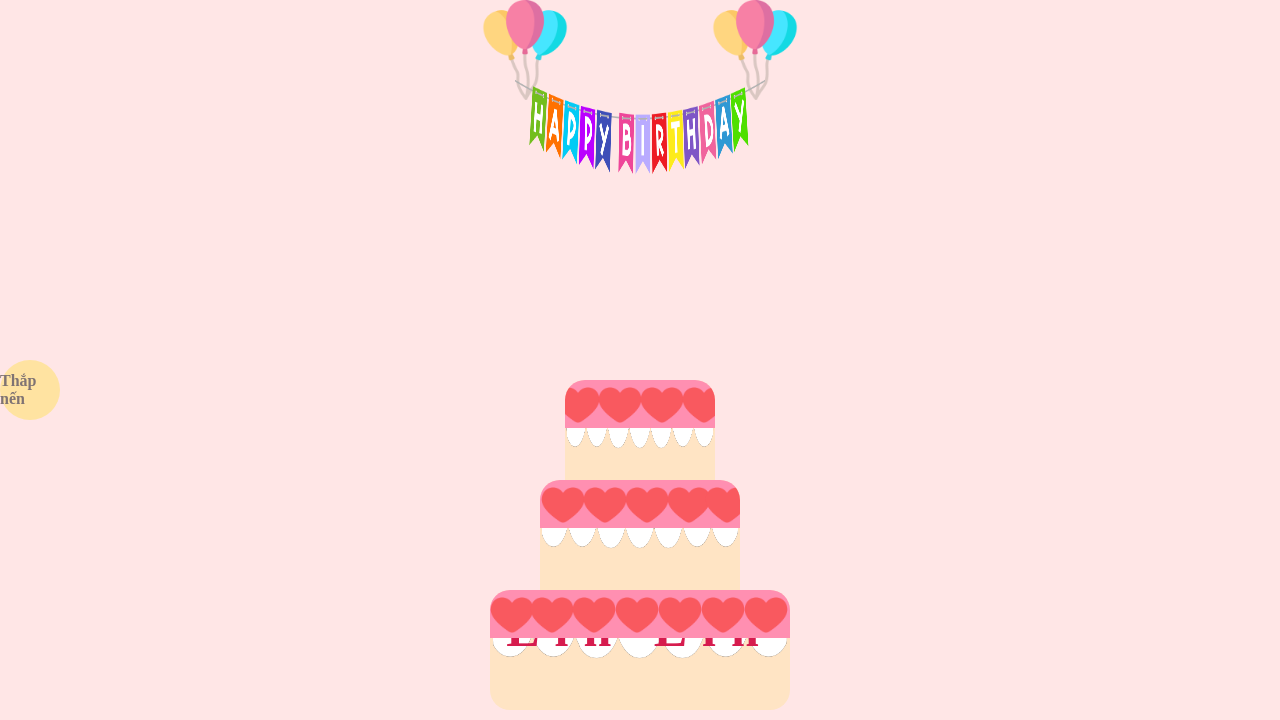
Repository: iphoneboy46/happybirthday
Page: index.html
An editor plug-in stored every save of this project. The page is shown before and after the next save, followed by the edit.
The browser window is 1280 px wide. The pictures show the whole page.
Some web fonts or font styles are not loaded; a fallback is used.

Above is the page before, as saved 2022-11-28 21:39:32.

### index.html
<!DOCTYPE html>
<html lang="en">
  <head>
    <meta charset="UTF-8" />
    <meta http-equiv="X-UA-Compatible" content="IE=edge" />
    <meta name="viewport" content="width=device-width, initial-scale=1.0" />
    <title>Happy Birthday</title>
    <link rel="stylesheet" href="style.css" />
  </head>
  <body>
    <div class="container">
      <div class="cake">
        <div class="top--cake">
          <div class="img-wavy">
            <img src="image/img1.png" alt="" />
          </div>

          <div class="img-heart-1--top">
            <img src="image/heart.png" alt="" />
          </div>
          <div class="img-heart-2--top">
            <img src="image/heart.png" alt="" />
          </div>
          <div class="img-heart-3--top">
            <img src="image/heart.png" alt="" />
          </div>
          <div class="img-heart-4--top">
            <img src="image/heart.png" alt="" />
          </div>

          <div class="border-cake"></div>
        </div>
        <div class="center--cake">
          <div class="img-wavy">
            <img src="image/img1.png" alt="" />
          </div>
          <div class="img-heart-1--center">
            <img src="image/heart.png" alt="" />
          </div>
          <div class="img-heart-2--center">
            <img src="image/heart.png" alt="" />
          </div>
          <div class="img-heart-3--center">
            <img src="image/heart.png" alt="" />
          </div>
          <div class="img-heart-4--center">
            <img src="image/heart.png" alt="" />
          </div>
          <div class="img-heart-5--center">
            <img src="image/heart.png" alt="" />
          </div>
          <div class="img-heart-6--center">
            <img src="image/heart.png" alt="" />
          </div>
          <div class="img-heart-7--center">
            <img src="image/heart.png" alt="" />
          </div>

          <div class="border-cake"></div>
        </div>
        <div class="bottom--cake">
          <div class="img-wavy">
            <img src="image/img1.png" alt="" />
          </div>

          <div class="img-heart-1">
            <img src="image/heart.png" alt="" />
          </div>
          <div class="img-heart-2">
            <img src="image/heart.png" alt="" />
          </div>
          <div class="img-heart-3">
            <img src="image/heart.png" alt="" />
          </div>
          <div class="img-heart-4">
            <img src="image/heart.png" alt="" />
          </div>
          <div class="img-heart-5">
            <img src="image/heart.png" alt="" />
          </div>
          <div class="img-heart-6">
            <img src="image/heart.png" alt="" />
          </div>
          <div class="img-heart-7">
            <img src="image/heart.png" alt="" />
          </div>
          <div class="img-heart-8">
            <img src="image/heart.png" alt="" />
          </div>

          <div class="border-cake"></div>
        </div>
        <div class="fire2">
          <img src="music/luanen.gif" alt="" />
        </div>
        <div class="fire4">
          <img src="music/luanen.gif" alt="" />
        </div>
        <div class="number2">
          <img src="image/number2png.png" alt="" />
        </div>
        <div class="number4">
          <img src="image/number4.png" alt="" />
        </div>
      </div>
      <h1 class="name">Lin Lin</h1>
      <h2 class="day">29-11</h2>
      <audio class="audioHpbd" controls autoplay>
        <source src="music/Happy Birthday -Piano Cover.mp3" type="audio/mpeg" />
      </audio>
      <div class="hpbd">
        <div class="text-hbbd">
          <img src="image/hbbdpng.png" alt="" />
        </div>
        <div class="bongbong1">
          <img src="image/balloon.png" alt="" />
        </div>
        <div class="bongbong2">
          <img src="image/balloon.png" alt="" />
        </div>
      </div>
      <div class="btnThapnen">Thắp nến</div>
      <div class="btnThoinen">Thổi nến</div>
    </div>
    <script src="index.js"></script>
  </body>
</html>

### style.css
@import url('https://fonts.googleapis.com/css2?family=Fleur+De+Leah&display=swap');

* {
    padding: 0;
    margin: 0;
    box-sizing: border-box;
    font-family: 'Fleur De Leah', cursive;

}

body {
    overflow: hidden;
}

.container {
    width: 100%;
    background-color: #FFE6E6;
    /* background-color: black; */
    height: 100vh;
    display: flex;
    justify-content: center;
    align-items: flex-end;

}

.cake {
    display: flex;
    flex-direction: column;
    justify-content: center;
    align-items: center;
    animation: cake-scale linear 5s;
}

@keyframes cake-scale {
    0% {
        transform: scale(0)
    }

    100% {
        transform: scale(1)
    }
}

.top--cake {
    position: relative;
    overflow: hidden;
    width: 150px;
    height: 100px;
    background-color: bisque;
    border-top-left-radius: 20px;
    border-top-right-radius: 20px;
}



.center--cake {
    position: relative;
    overflow: hidden;
    width: 200px;
    height: 110px;
    background-color: bisque;
    border-top-left-radius: 20px;
    border-top-right-radius: 20px;
}


.bottom--cake {
    position: relative;
    overflow: hidden;
    width: 300px;
    height: 120px;
    background-color: bisque;
    border-radius: 20px;
    margin-bottom: 10px;
}



.img-wavy {
    width: 100%;
    height: 70px;
}

.img-wavy img {
    width: 100%;
    height: 100%;
}

.img-heart-1 {
    z-index: 3;
    position: absolute;
    top: 0px;
    left: -3px;
    width: 50px;
    height: 50px;
}


.img-heart-1 img {
    width: 100%;
    height: 100%;
}

.img-heart-2 {
    z-index: 3;
    position: absolute;
    top: 0px;
    left: 37px;
    width: 50px;
    height: 50px;
}


.img-heart-2 img {
    width: 100%;
    height: 100%;
}


.img-heart-3 {
    z-index: 3;
    position: absolute;
    top: 0px;
    left: 79px;
    width: 50px;
    height: 50px;
}


.img-heart-3 img {
    width: 100%;
    height: 100%;
}

.img-heart-4 {
    z-index: 3;
    position: absolute;
    top: 0px;
    left: 122px;
    width: 50px;
    height: 50px;
}


.img-heart-4 img {
    width: 100%;
    height: 100%;
}

.img-heart-5 {
    z-index: 3;
    position: absolute;
    top: 0px;
    left: 165px;
    width: 50px;
    height: 50px;
}


.img-heart-5 img {
    width: 100%;
    height: 100%;
}

.img-heart-6 {
    z-index: 3;
    position: absolute;
    top: 0px;
    left: 208px;
    width: 50px;
    height: 50px;
}


.img-heart-6 img {
    width: 100%;
    height: 100%;
}

.img-heart-7 {
    z-index: 3;
    position: absolute;
    top: 0px;
    left: 251px;
    width: 50px;
    height: 50px;
}


.img-heart-7 img {
    width: 100%;
    height: 100%;
}



.border-cake {
    z-index: 2;
    position: absolute;
    top: 0;
    width: 100%;
    height: 48px;
    background-color: #FF8FB1;
}


.img-heart-1--center {
    z-index: 3;
    position: absolute;
    top: 0px;
    left: -2px;
    width: 50px;
    height: 50px;
}


.img-heart-1--center img {
    width: 100%;
    height: 100%;
}

.img-heart-2--center {
    z-index: 3;
    position: absolute;
    top: 0px;
    left: 40px;
    width: 50px;
    height: 50px;
}


.img-heart-2--center img {
    width: 100%;
    height: 100%;
}


.img-heart-3--center {
    z-index: 3;
    position: absolute;
    top: 0px;
    left: 82px;
    width: 50px;
    height: 50px;
}


.img-heart-3--center img {
    width: 100%;
    height: 100%;
}

.img-heart-4--center {
    z-index: 3;
    position: absolute;
    top: 0px;
    left: 124px;
    width: 50px;
    height: 50px;
}


.img-heart-4--center img {
    width: 100%;
    height: 100%;
}

.img-heart-5--center {
    z-index: 3;
    position: absolute;
    top: 0px;
    left: 260px;
    width: 50px;
    height: 50px;
}


.img-heart-5--center img {
    width: 100%;
    height: 100%;
}

.img-heart-6--center {
    z-index: 3;
    position: absolute;
    top: 0px;
    left: 330px;
    width: 50px;
    height: 50px;
}


.img-heart-6--center img {
    width: 100%;
    height: 100%;
}

.img-heart-7--center {
    z-index: 3;
    position: absolute;
    top: 0px;
    left: 162px;
    width: 50px;
    height: 50px;
}


.img-heart-7--center img {
    width: 100%;
    height: 100%;
}



.img-heart-1--top {
    z-index: 3;
    position: absolute;
    top: 0px;
    left: -12px;
    width: 50px;
    height: 50px;
}


.img-heart-1--top img {
    width: 100%;
    height: 100%;
}

.img-heart-2--top {
    z-index: 3;
    position: absolute;
    top: 0px;
    left: 30px;
    width: 50px;
    height: 50px;
}


.img-heart-2--top img {
    width: 100%;
    height: 100%;
}


.img-heart-3--top {
    z-index: 3;
    position: absolute;
    top: 0px;
    left: 72px;
    width: 50px;
    height: 50px;
}


.img-heart-3--top img {
    width: 100%;
    height: 100%;
}

.img-heart-4--top {
    z-index: 3;
    position: absolute;
    top: 0px;
    left: 114px;
    width: 50px;
    height: 50px;
}


.img-heart-4--top img {
    width: 100%;
    height: 100%;
}

.number2 {
    position: absolute;
    width: 60px;
    height: 92px;
    top: 242px;
    left: 40%;
    transform: translateX(-50%);
    animation: num linear 10s
}


.number2 img {
    width: 100%;
    height: 100%;
}

.number4 {
    position: absolute;
    width: 100px;
    height: 100px;
    top: 242px;
    left: 59%;
    transform: translateX(-50%);
    animation: num linear 10s
}

@keyframes num {
    0% {
        top: -500%;
        opacity: 0;
    }

    100% {
        top: 242px;
        opacity: 1;
    }
}

.number4 img {
    width: 100%;
    height: 100%;
}


.hpbd {
    top: 0px;
    position: absolute;
    animation: topText linear 5s;
}

@keyframes topText {
    0% {
        top: 1000px;
    }

    100% {
        top: 0px;
    }
}


.text-hbbd {
    transform: translateX(-50%);
    position: absolute;
    top: 80px;
    left: 50%;
    width: 250px;
    height: 100px;
    z-index: 10;

}



.text-hbbd img {
    width: 100%;
    height: 100%;
}

.bongbong1 {
    position: absolute;
    width: 100px;
    height: 100px;
    left: 65px;
    top: 0px;

    animation: dungdua1 linear 5s infinite;
}

@keyframes dungdua1 {
    0% {
        transform: rotate(0deg)
    }


    50% {
        transform: rotate(10deg)
    }

    100% {
        transform: rotate(0deg)
    }
}



.bongbong1 img {
    width: 100%;
    height: 100%;
}


.bongbong2 {
    position: absolute;
    width: 100px;
    height: 100px;
    right: 65px;
    top: 0px;
    animation: dungdua2 linear 5s infinite;
    animation-delay: 15s;
}

@keyframes dungdua2 {
    0% {
        transform: rotate(0deg)
    }


    50% {
        transform: rotate(-10deg)
    }

    100% {
        transform: rotate(0deg)
    }
}

.bongbong2 img {
    width: 100%;
    height: 100%;
}

.audioHpbd {
    display: none;
}

.name {
    text-align: center;
    top: 600px;
    position: absolute;
    font-size: 50px;
    letter-spacing: 15px;
    color: #D61C4E;
    animation: cake-scale linear 5s;

}


.day {
    text-align: center;
    top: 490px;
    position: absolute;
    font-size: 40px;
    letter-spacing: 15px;
    color: #D61C4E;
    animation: cake-scale linear 5s;

}


.fire2 {
    display: none;
    position: absolute;
    top: 205px;
    left: 135px;
    width: 50px;
    height: 50px;
}

.fire2 img {
    width: 100%;
    height: 100%;
}


.fire4 {
    display: none;
    position: absolute;
    top: 205px;
    right: 128px;
    width: 50px;
    height: 50px;
}

.fire4 img {
    width: 100%;
    height: 100%;
}

.btnThapnen {
    display: flex;
    justify-content: center;
    align-items: center;
    flex-direction: column;
    border-radius: 50%;
    width: 60px;
    height: 60px;
    position: absolute;
    font-weight: bolder;
    top: 50%;
    left: 0;
    user-select: none;
    background-color: #FFE15D;
    animation: thapNen linear 10s;

    opacity: 1;

}

@keyframes thapNen {
    0%{
        opacity: 0;
    }
    100%{
        opacity: 1;
    }
}


.btnThoinen {
    display: flex;
    justify-content: center;
    align-items: center;
    flex-direction: column;
    border-radius: 50%;
    width: 60px;
    height: 60px;
    position: absolute;
    font-weight: bolder;
    top: 50%;
    right:0;
    user-select: none;
    background-color: #FFE15D;
    display: none;
}

### index.js
const btnThapnen = document.querySelector(".btnThapnen");
const btnThoinen = document.querySelector(".btnThoinen");

const con = document.querySelector(".container");
const fire2 = document.querySelector(".fire2");
const fire4 = document.querySelector(".fire4");


btnThapnen.onclick = () => {
    btnThoinen.style.display = "flex";
    btnThapnen.style.display ="none"
    con.style.backgroundColor = "black";
    fire2.style.display = "block";
    fire4.style.display = "block";

};


btnThoinen.onclick = () => {
    btnThoinen.style.display = "none";
    btnThapnen.style.display ="flex"
    con.style.backgroundColor = "#FFE6E6";
    fire2.style.display = "none";
    fire4.style.display = "none";
};

After the next save:
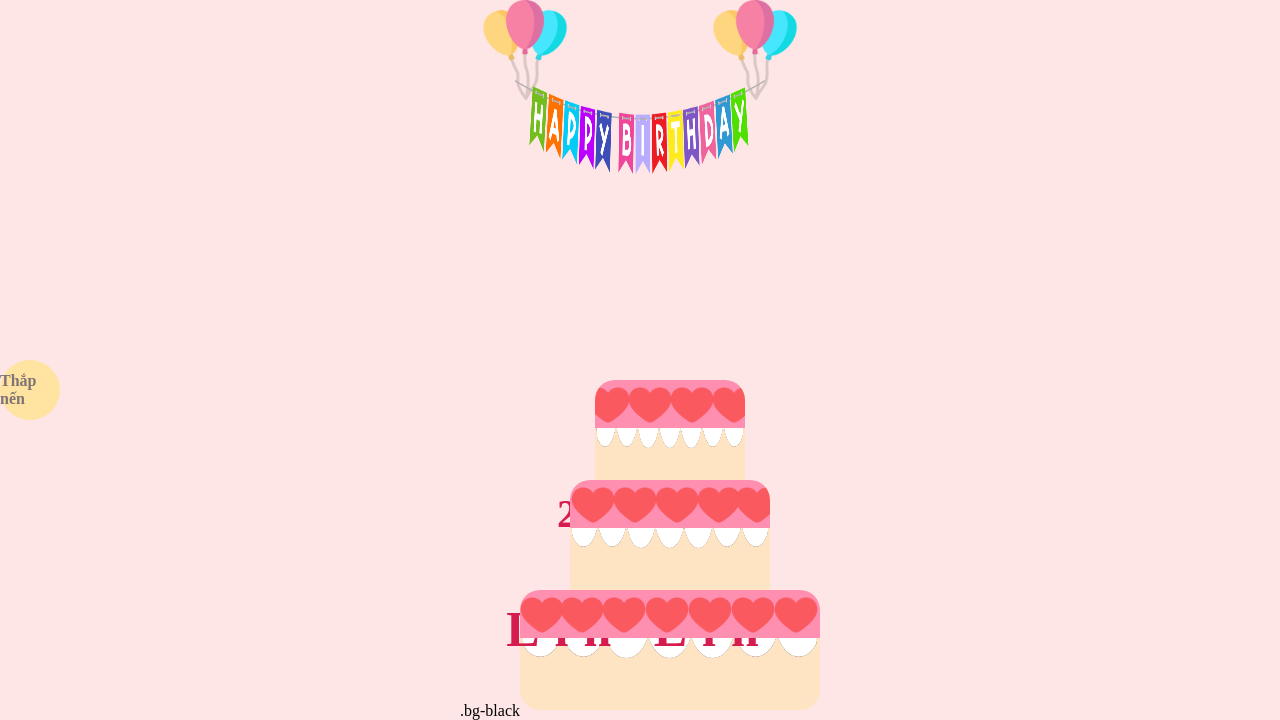
Saved 93 s later.
--- a/index.html
+++ b/index.html
@@ -9,6 +9,7 @@
   </head>
   <body>
     <div class="container">
+      .bg-black
       <div class="cake">
         <div class="top--cake">
           <div class="img-wavy">
